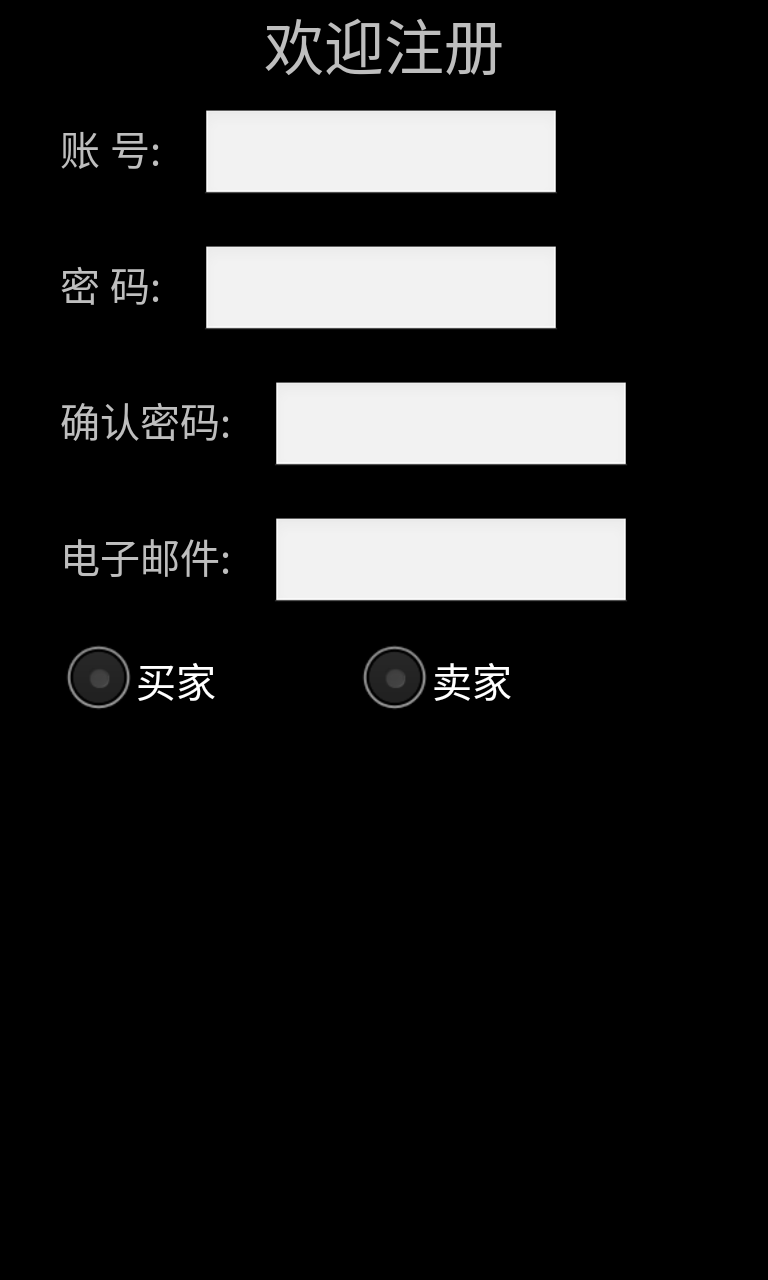
Repository: jcyfkimi/Android-TaoTao
Layout: TaoTao/res/layout/reg.xml
The author's editor kept a copy of each file at every save. The layout is drawn from the files as they stood at one save, then again after the next save.
It is drawn on a 768 x 1280 px phone screen (xhdpi) without system bars, with theme android:Theme; the app's code is not run.

Above is the layout before, as saved 2011-09-13 07:25:38.

After the next save:
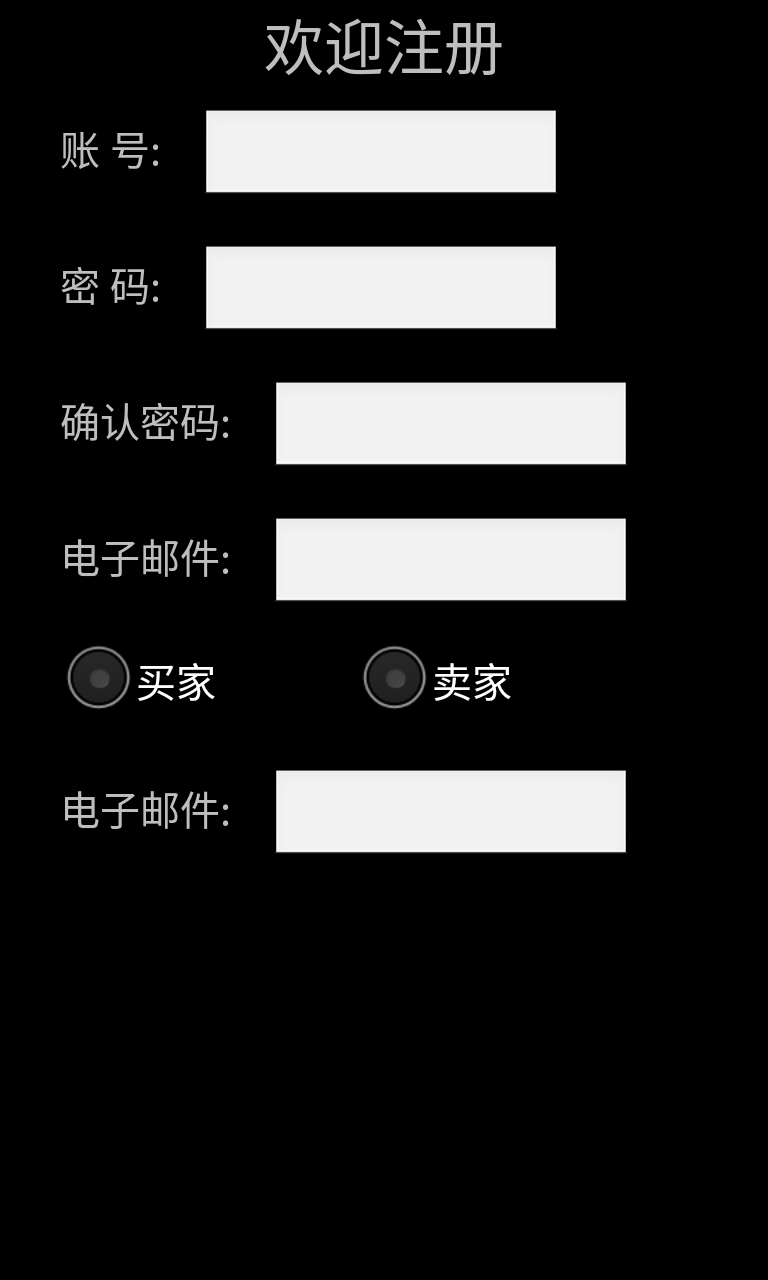
Saved 24 s later.
--- a/TaoTao/res/layout/reg.xml
+++ b/TaoTao/res/layout/reg.xml
@@ -110,4 +110,23 @@
 		  			android:textSize="20dip"/>
 		  	</RadioGroup>
 	  </LinearLayout>
+
+	  <LinearLayout
+		  xmlns:android="http://schemas.android.com/apk/res/android"
+		  android:orientation="horizontal"
+		  android:layout_width="wrap_content"
+		  android:layout_height="wrap_content"
+		  android:layout_marginTop="10dip">
+		  <TextView android:layout_width="wrap_content"
+		  	android:layout_height="wrap_content"
+		  	android:layout_marginLeft="30dip"
+		  	android:layout_marginTop="10dip"
+		  	android:text="@string/regemail"
+		  	android:textSize="20dip"/>
+		  <EditText android:id="@+id/regemail"
+		  	android:layout_width="180dip"
+		  	android:layout_height="wrap_content"
+		  	android:layout_marginLeft="20dip"
+		  	android:layout_marginTop="10dip"/>
+	  </LinearLayout>
 </LinearLayout>

After the save that followed:
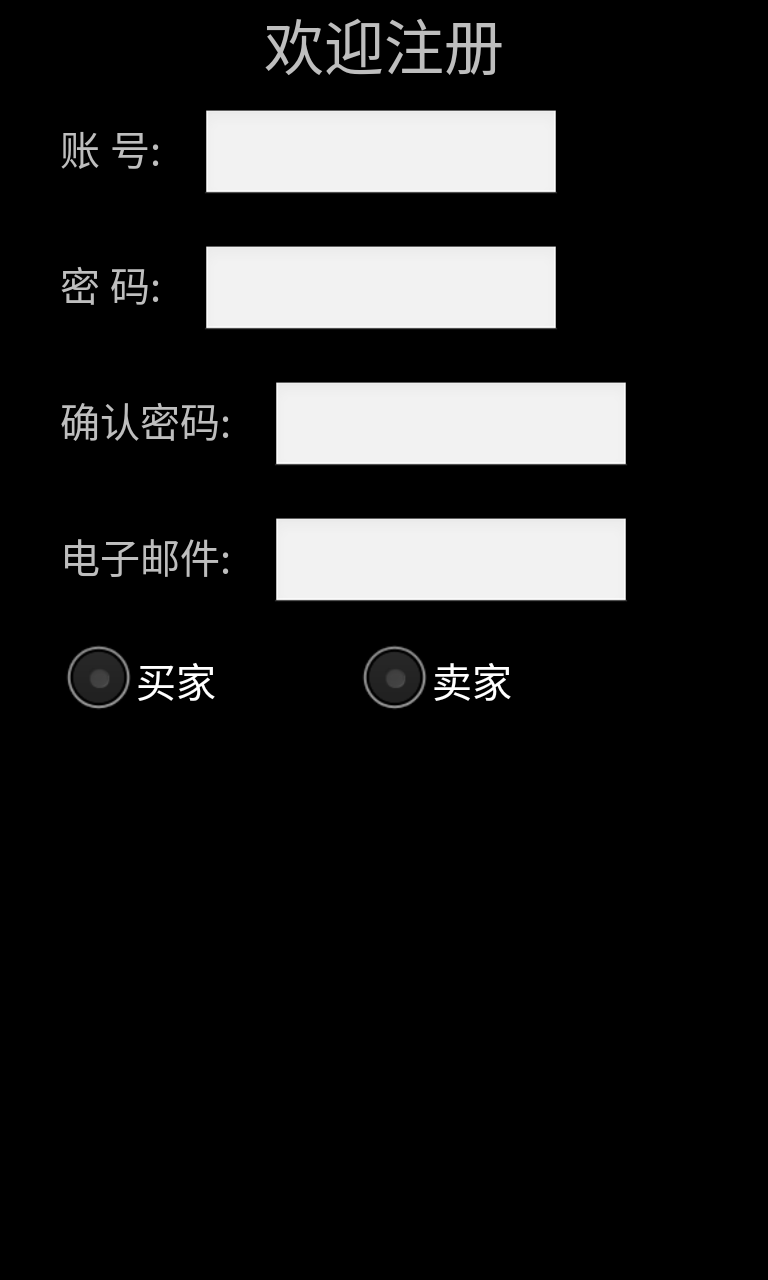
Saved 4 s later.
--- a/TaoTao/res/layout/reg.xml
+++ b/TaoTao/res/layout/reg.xml
@@ -117,16 +117,6 @@
 		  android:layout_width="wrap_content"
 		  android:layout_height="wrap_content"
 		  android:layout_marginTop="10dip">
-		  <TextView android:layout_width="wrap_content"
-		  	android:layout_height="wrap_content"
-		  	android:layout_marginLeft="30dip"
-		  	android:layout_marginTop="10dip"
-		  	android:text="@string/regemail"
-		  	android:textSize="20dip"/>
-		  <EditText android:id="@+id/regemail"
-		  	android:layout_width="180dip"
-		  	android:layout_height="wrap_content"
-		  	android:layout_marginLeft="20dip"
-		  	android:layout_marginTop="10dip"/>
+
 	  </LinearLayout>
 </LinearLayout>
